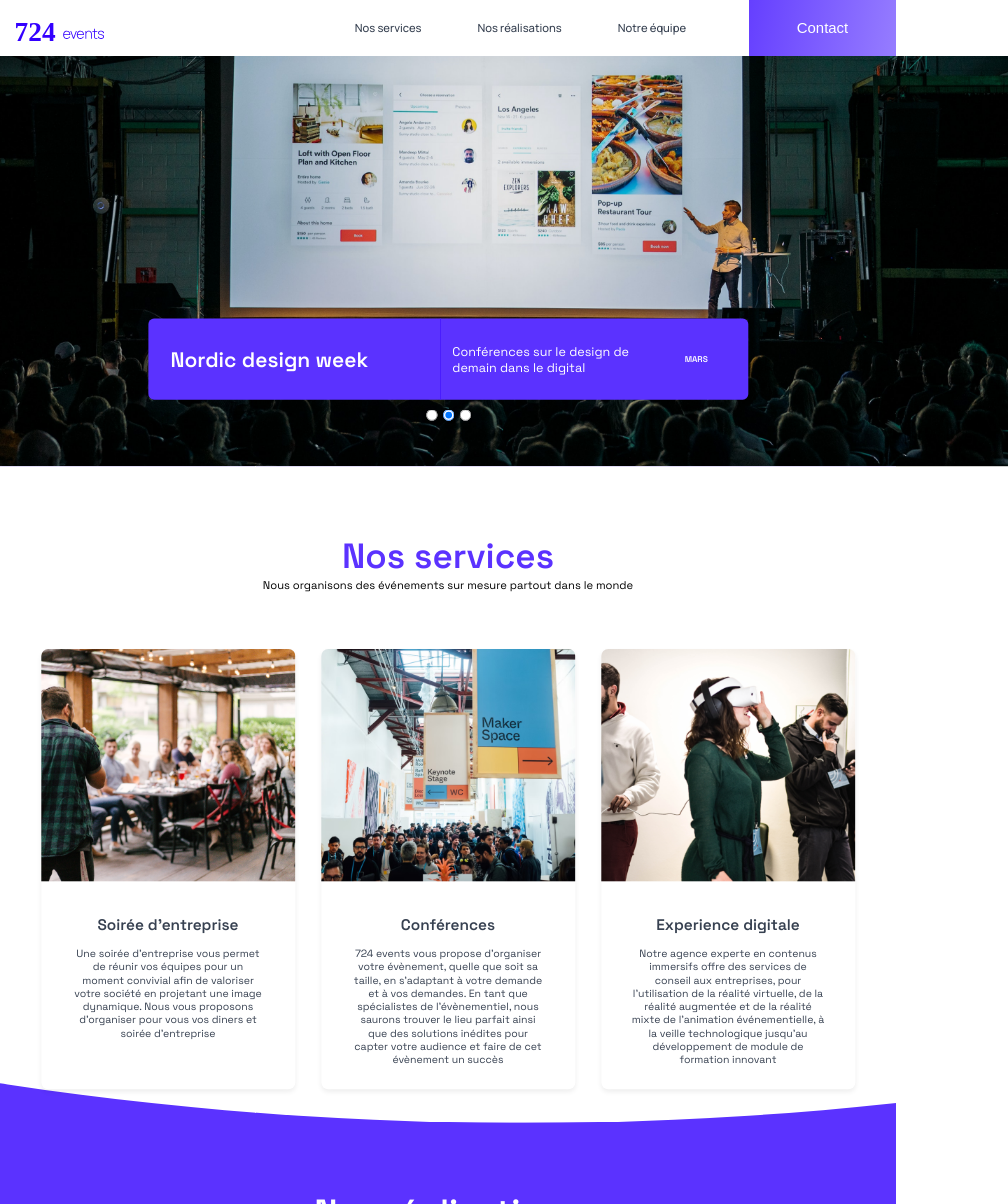
Repository: Dimple3377/Debuggez-une-application-React.JS-main
Page: /
An editor plug-in stored every save of this project. The page is shown before and after the next save, followed by the edit.
The browser window is 1280 px wide. The page is 1440 px wide, so the pictures cover 1440 px, including what lies to the right of the window. The pictures show the part of the page from y = 0 to 1720 px (the page is 6460 px tall), at 70% of full size.
The project was rebuilt for these pictures with package versions that can differ from the ones it lists, and the page was loaded fresh each time. Also part of the build but not shown: src/containers/Modal/style.scss, src/containers/ModalEvent/style.scss, src/containers/ModalEvent/index.js.

Above is the page before, as saved 2024-06-22 01:14:35.

### src/App.scss
@import url("https://fonts.googleapis.com/css2?family=Space+Grotesk:wght@300;400;600&display=swap");
@import url("https://fonts.googleapis.com/css2?family=Manrope:wght@200;400;500;700&family=Montserrat:wght@100;600;700&display=swap");

body {
  font-family: "Space Grotesk", sans-serif;
}
.App {
  text-align: center;
}

.App-logo {
  height: 40vmin;
  pointer-events: none;
}

@media (prefers-reduced-motion: no-preference) {
  .App-logo {
    animation: App-logo-spin infinite 20s linear;
  }
}

.App-header {
  background-color: #fff;
  min-height: 100vh;
  display: flex;
  flex-direction: column;
  align-items: center;
  justify-content: center;
  font-size: calc(10px + 2vmin);
  color: white;
}

.App-link {
  color: #61dafb;
}

@keyframes App-logo-spin {
  from {
    transform: rotate(0deg);
  }
  to {
    transform: rotate(360deg);
  }
}

.ListContainer {
  width: 90%;
  max-width: 1200px;
  display: flex;
  justify-content: space-around;
  flex-wrap: wrap;
  margin-top: 64px;
  margin-bottom: 64px;
}

### src/contexts/DataContext/index.js
import PropTypes from "prop-types";
import {
  createContext,
  useCallback,
  useContext,
  useEffect,
  useState,
} from "react";

const DataContext = createContext({});

export const api = {
  loadData: async () => {
    const json = await fetch("/events.json");
    return json.json();
  },
};

export const DataProvider = ({ children }) => {
  const [error, setError] = useState(null);
  const [data, setData] = useState(null);
  const getData = useCallback(async () => {
    try {
      setData(await api.loadData());
    } catch (err) {
      setError(err);
    }
  }, []);
  useEffect(() => {
    if (data) return;
    getData();
  });

  return (
    <DataContext.Provider
      // eslint-disable-next-line react/jsx-no-constructed-context-values
      value={{
        data,
        error,
      }}
    >
      {children}
    </DataContext.Provider>
  );
};

DataProvider.propTypes = {
  children: PropTypes.node.isRequired,
}

export const useData = () => useContext(DataContext);

export default DataContext;

### src/components/EventCard/index.js
import PropTypes from "prop-types";
import { getMonth } from "../../helpers/Date";

import "./style.scss";

const EventCard = ({
  imageSrc,
  imageAlt,
  date = new Date(),
  title,
  label,
  small = false,
  ...props
}) => (
  <div
    data-testid="card-testid"
    className={`EventCard${small ? " EventCard--small" : ""}`}
    {...props}
  >
    <div className="EventCard__imageContainer">
      <img data-testid="card-image-testid" src={imageSrc} alt={imageAlt} />
      <div className="EventCard__label">{label}</div>
    </div>
    <div className="EventCard__descriptionContainer">
      <div className="EventCard__title">{title}</div>
      <div className="EventCard__month">{getMonth(date)}</div>
    </div>
  </div>
);

EventCard.propTypes = {
  imageSrc: PropTypes.string.isRequired,
  imageAlt: PropTypes.string,
  date: PropTypes.instanceOf(Date).isRequired,
  title: PropTypes.string.isRequired,
  small: PropTypes.bool,
  label: PropTypes.string.isRequired,
};

EventCard.defaultProps = {
  imageAlt: "image",
  small: false,
  // Valeur par défaut pour `title`
};

export default EventCard;

### src/components/PeopleCard/index.js
import PropTypes from "prop-types";

import "./style.scss";

const PeopleCard = ({ imageSrc, imageAlt, position, name }) => (
    <div className="PeopleCard">
      <div className="PeopleCard__imageContainer">
        <img data-testid="card-image-testid" src={imageSrc} alt={imageAlt} />
      </div>
      <div className="PeopleCard__descriptionContainer">
        <div className="PeopleCard__name">{name}</div>
        <div className="PeopleCard__position">{position}</div>
      </div>
    </div>
  );

PeopleCard.propTypes = {
  imageSrc: PropTypes.string.isRequired,
  imageAlt: PropTypes.string,
  name: PropTypes.string.isRequired,
  position: PropTypes.string.isRequired,
};

PeopleCard.defaultProps = {
  imageAlt: "",
}

export default PeopleCard;

### src/pages/Home/style.scss
@import "src/colors.scss";

main {
  display: flex;
  flex-direction: column;
  align-items: center;
  background-color: $primary;
}

.ServicesContainer {
  display: flex;
  flex-direction: column;
  align-items: center;
  position: relative;
  width: 100%;
  > * {
    z-index: 1;
  }
  .ListContainer {
    width: 100%;
  }
  &::after {
    background-color: white;
    position: absolute;
    content: "";
    display: inline-block;
    width: 100%;
    height: 100%;
    bottom: 32px;
    z-index: 0;
    clip-path: ellipse(171% 100% at 58.47% 0%);
  }
}

.EventsContainer {
  background-color: $primary;
  display: flex;
  flex-direction: column;
  align-items: center;
  width: 100%;
  .Title {
    color: white;
  }
}

.PeoplesContainer {
  display: flex;
  flex-direction: column;
  align-items: center;
  flex-wrap: wrap;
  width: 100%;
  position: relative;
  > * {
    z-index: 1;
  }
  padding-bottom: 120px;
  &::after {
    background-color: white;
    position: absolute;
    content: "";
    display: inline-block;
    width: 100%;
    height: calc(100% - 32px);
    bottom: 32px;
    z-index: 0;
    clip-path: ellipse(171% 100% at 58.47% 0%);
  }
}
.FormContainer {
  display: flex;
  flex-direction: column;
  align-items: center;
  margin-bottom: 32px;
  .Title {
    color: white;
    margin-bottom: 64px;
  }
  span {
    color: white;
  }
  .Button {
    width: 207px;
    margin-top: 32px;
  }
}
.ListContainer {
  width: 90%;
  max-width: 1200px;
  display: flex;
  justify-content: space-around;
  flex-wrap: wrap;
  margin-top: 64px;
  margin-bottom: 64px;
}
.Title {
  font-size: 50px;
  font-family: "Space Grotesk", sans-serif;
  color: $primary;
  margin: 0;
  margin-top: 64px;
}
p {
  margin: 0;
}

.row {
  display: flex;
  justify-content: space-around;
}
.col {
  display: flex;
  flex-direction: column;
  margin: 16px;
}

.Pagination {
  a {
    color: white;
    text-decoration: none;
    display: inline;
    margin: 2px;
  }
  margin-bottom: 50px;
}

.SliderContainer {
  position: relative;
  display: flex;
  justify-content: center;
  top: -32px;
  background-color: white;
  width: 100%;
}

footer {
  padding: 0;
  .col {
    margin: 0;
    padding: 32px;

    &.contact {
      padding-left: 64px;
      div {
        padding-top: 16px;
      }
      address {
        padding-top: 8px;
      }

      svg {
        margin-right: 8px;
      }
    }
  }

  .presta {
    width: 35%;
    border-right: 1px solid rgba(91, 50, 255, 0.2);
  }

  .description {
    width: 45%;
    border-left: 1px solid rgba(91, 50, 255, 0.2);
    padding: 0px 64px 0px 64px;
  }

  address {
    text-decoration: none;
    text-transform: none;
    font-style: normal;
  }
}

.ModalMessage--success {
  font-family: "Manrope", sans-serif;
  padding: 32px;
  width: 600px;
  display: flex;
  justify-content: center;
  flex-direction: column;
  align-items: center;
  div {
    text-align: center;
    margin-bottom: 16px;
    font-weight: 600;
    color: $primary;
  }
  p {
    max-width: 360px;
  }
  box-shadow: 0px 4px 4px rgba(0, 0, 0, 0.05);
}

### src/containers/Slider/index.js
import { useEffect, useState } from "react";
import { useData } from "../../contexts/DataContext";
import { getMonth } from "../../helpers/Date";

import "./style.scss";

const Slider = () => {
  const { data } = useData();
  const [index, setIndex] = useState(0);
  const byDateDesc = [...(data?.focus || [])].sort((evtA, evtB) =>
    // ordre décroissant
    new Date(evtA.date) > new Date(evtB.date) ? -1 : 1
  );
  const nextCard = () => {
    setTimeout(
      () => setIndex(index + 1 < byDateDesc.length ? index + 1 : 0),
      5000
    );
  };
  useEffect(() => {
    nextCard();
  });
  return (
    <div className="SlideCardList">
      {byDateDesc?.map((event, idx) => (
        // Changement de la key
        <div key={event.date}>
          <div
            className={`SlideCard SlideCard--${
              index === idx ? "display" : "hide"
            }`}
          >
            <img src={event.cover} alt={event.title} />
            <div className="SlideCard__descriptionContainer">
              <div className="SlideCard__description">
                <h3>{event.title}</h3>
                <p>{event.description}</p>
                <div>{getMonth(new Date(event.date))}</div>
              </div>
            </div>
          </div>
          <div className="SlideCard__paginationContainer">
            <div className="SlideCard__pagination">
              {byDateDesc.map((_, radioIdx) => (
                <input
                  key={_.date}
                  type="radio"
                  name="radio-button"
                  /*
                    Remplacement de idx par index pour indiquer sur quelle image on se trouve
                  */
                  checked={index === radioIdx}
                  // ajoute readOnly
                  readOnly
                />
              ))}
            </div>
          </div>
        </div>
      ))}
    </div>
  );
};

export default Slider;

### src/containers/Modal/index.js
import PropTypes from "prop-types";
import { useState } from "react";
import Icon from "../../components/Icon";
import "./style.scss";

const Modal = ({ opened, Content, children }) => {
  const [isOpened, setIsOpened] = useState(opened);
  return (
    <>
      {children({ isOpened, setIsOpened })}
      {isOpened && (
        <div className="modal">
          <div className="content">
            {Content}
            <button
              type="button"
              data-testid="close-modal"
              onClick={() => setIsOpened(false)}
            >
              <Icon name="close" />
            </button>
          </div>
        </div>
      )}
    </>
  );
};

Modal.defaultProps = {
  opened: false,
}

Modal.propTypes = {
  opened: PropTypes.bool,
  Content: PropTypes.node.isRequired,
  children: PropTypes.func.isRequired,
}

export default Modal;

### src/helpers/Date/index.js
export const MONTHS = {
  /* décale les indices pour qu'ils correspondent à la valeur retournée par date.getMonth(). */
  0: "janvier",
  1: "février",
  2: "mars",
  3: "avril",
  4: "mai",
  5: "juin",
  6: "juillet",
  7: "août",
  8: "septembre",
  9: "octobre",
  10: "novembre",
  11: "décembre",
};

export const getMonth = (date) => MONTHS[date.getMonth()];

### src/components/EventCard/style.scss
@import "src/colors.scss";

.EventCard {
  position: relative;
  width: 363px;
  height: 336px;
  cursor: pointer;
  &--small {
    width: 274px;
    height: 190px;
    .EventCard__imageContainer {
      height: 126px;
      min-height: auto;
      overflow: hidden;
    }
    .EventCard__descriptionContainer {
      padding: 0;
      padding-top: 12px;
      font-size: 12px;
    }
    .EventCard__month {
      margin-top: 0;
      font-size: 8px;
    }
    .EventCard__label {
      font-size: 8px;
      width: 75px;
      height: 21px;
    }
  }
  background: #ffffff;
  box-shadow: 0px 4px 14px rgba(0, 0, 0, 0.12);
  border-radius: 10px 10px 0 0;
  overflow: hidden;
  margin: 16px;
  align-items: center;
  display: flex;
  flex-direction: column;
  &__label {
    position: absolute;
    right: 0;
    top: 0;
    background-color: $primary;
    font-size: 10px;
    width: 99px;
    height: 28px;
    display: flex;
    align-items: center;
    justify-content: center;
    color: white;
  }
  &__imageContainer {
    min-height: 252px;
    overflow: hidden;
  }
  &__descriptionContainer {
    color: $black;
    font-size: 15px;
    display: flex;
    flex-direction: column;
    align-items: flex-start;
    font-weight: 400;
    padding: 30px;
    width: 80%;
  }
  &__title {
    font-size: 16px;
    text-transform: capitalize;
  }
  &__month {
    text-transform: uppercase;
    font-size: 10px;
    font-weight: bold;
    margin-top: 8px;
  }
}

### src/components/PeopleCard/style.scss
@import "src/colors.scss";

.PeopleCard {
  position: relative;
  width: 288px;
  height: 438px;
  background: #ffffff;
  border-radius: 144px 144px 0 0;
  overflow: hidden;
  margin: 16px;
  align-items: center;
  display: flex;
  flex-direction: column;
  font-family: "Manrope", sans-serif;
  margin-bottom: 32px;
  &__imageContainer {
    min-height: 252px;
    overflow: hidden;
  }
  &__descriptionContainer {
    color: $black;
    font-size: 15px;
    display: flex;
    flex-direction: column;
    align-items: center;
    font-weight: 400;
    width: 80%;
  }
  &__name {
    font-size: 20px;
    font-weight: 500;
    text-transform: capitalize;
  }
  &__position {
    text-transform: capitalize;
    font-size: 20px;
    font-weight: bold;
    color: $primary;
  }
}

### src/containers/Slider/style.scss
@import "src/colors.scss";

.SlideCardList {
  position: relative;
  width: 100%;
  max-width: 1440px;
  height: 586px;
  .SlideCard {
    width: 100%;
    left: 0;
    top: 0;
    position: absolute;
    transition: opacity 1s;
    &--hide {
      opacity: 0;
    }
    &--display {
      animation: slide 1s forwards;
    }
    &__descriptionContainer {
      position: absolute;
      left: 0;
      bottom: 100px;
      display: flex;
      justify-content: center;
      width: 100%;
    }
    &__paginationContainer {
      position: absolute;
      left: 0;
      bottom: 60px;
      display: flex;
      justify-content: center;
      width: 100%;
      input {
        width: 16px;
        height: 16px;
        min-width: 0;
        color: $primary;
      }
    }
    &__description {
      left: 0;
      bottom: 50px;
      width: 857px;
      background-color: $primary;
      color: white;
      border-radius: 8px;
      display: flex;
      font-family: "Space Grotesk", sans-serif;
      h3 {
        width: 45%;
        border-right: 1px solid #4314ff;
        padding-left: 32px;
        min-height: 116px;
        font-size: 30px;
        display: flex;
        align-items: center;
        margin: 0;
      }
      p {
        width: 35%;
        display: flex;
        align-items: center;
        padding: 16px;
        font-size: 18px;
      }
      div {
        width: 5%;
        display: flex;
        align-items: center;
        padding: 16px;
        font-size: 12px;
        text-transform: uppercase;
        font-weight: bold;
      }
    }
  }
}

@keyframes slide {
  0% {
    transform: translateX(100%);
  }
  100% {
    transform: translateX(0%);
  }
}

### src/components/Select/style.scss
.SelectContainer {
  width: 308px;
  min-height: 86px;
  position: relative;
  margin-left: 8px;
  .label {
    color: white;
    margin-bottom: 4px;
    margin-top: 4px;
  }
  &.large {
    width: 424px;
    .Select {
      width: 442px;
      ul {
        width: 442px;
      }
    }
  }
  margin-bottom: 16px;
}
.Select {
  background-color: white;
  border-radius: 4px;
  box-shadow: 0px 4px 4px rgba(0, 0, 0, 0.05);
  width: 308px;
  min-height: 60px;
  display: flex;
  position: absolute;
  z-index: 1;
  ul {
    position: relative;
    list-style: none;
    width: 300px;
    padding: 0;
    padding-left: 16px;
    li {
      display: flex;
      align-items: center;
      list-style: none;
      min-height: 32px;
      margin: 0;
      text-transform: capitalize;
    }
  }
  input {
    width: 16px;
    height: 16px;
    min-width: 16px;
    margin-right: 16px;
  }
  button {
    border: none;
    background: none;
    height: 32px;
    margin-top: 16px;
    margin-right: 8px;
    &.close {
      transform: rotate(180deg);
    }
  }
  .SelectTitle {
    &--show {
      display: flex;
    }
    &--hide {
      color: white;
    }
  }
}

### src/components/Field/style.scss
@import "src/colors.scss";

.inputField {
  display: flex;
  flex-direction: column;
  color: $black;
  align-items: flex-start;
  margin: 8px;
  span {
    font-size: 12pt;
    margin-bottom: 4px;
  }
}
input {
  height: 60px;
  min-width: 424px;
  font-size: 16px;
  text-transform: capitalize;
  padding-left: 16px;
  border-radius: 4px;
  border: none;
  box-shadow: 0px 4px 4px rgba(0, 0, 0, 0.05);
  color: $black;
  &:focus {
    color: $primary;
  }

  font-family: "Manrope", sans-serif;
}
textarea {
  height: 336px;
  min-width: 424px;
  font-size: 16px;
  padding: 16px;
  border-radius: 4px;
  border: none;
  box-shadow: 0px 4px 4px rgba(0, 0, 0, 0.05);
  color: $black;
  &:focus {
    color: $primary;
  }

  font-family: "Manrope", sans-serif;
}

Loaded but not shown: public/index.html (common file); src/index.js (common file); src/index.css (common file); src/App.js (common file); src/reportWebVitals.js (common file); src/containers/Menu/index.js (common file); src/components/ServiceCard/index.js (common file); src/containers/Menu/style.scss (common file); src/components/ServiceCard/style.scss (common file); src/colors.scss (common file); src/containers/Events/style.css (common file); src/components/Logo/style.scss (common file); src/components/Button/style.scss (common file); public/events.json (common file); src/components/Logo/index.js (152 lines, source omitted); src/pages/Home/index.js (169 lines, source omitted); src/components/Icon/index.js (104 lines, source omitted); src/components/Select/index.js (101 lines, source omitted); src/containers/Events/index.js (77 lines, source omitted); src/containers/Form/index.js (71 lines, source omitted); src/components/Button/index.js (69 lines, source omitted); src/components/Field/index.js (57 lines, source omitted)

After the next save:
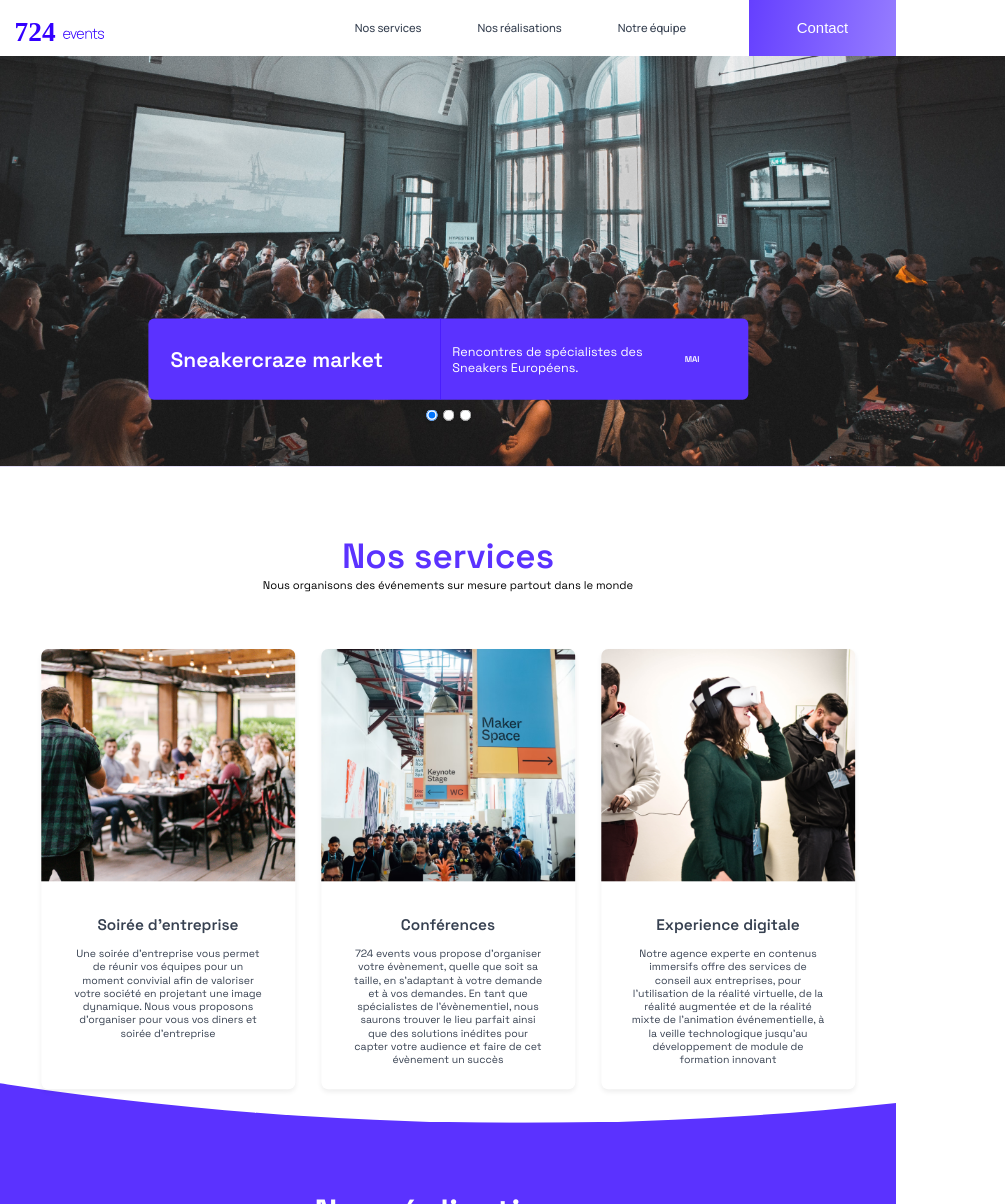
Saved 6 days later.
--- a/src/containers/Slider/index.js
+++ b/src/containers/Slider/index.js
@@ -7,19 +7,41 @@
 const Slider = () => {
   const { data } = useData();
   const [index, setIndex] = useState(0);
+  // état du slider en pause
+  const [isPaused, setIsPaused] = useState(false);
+
   const byDateDesc = [...(data?.focus || [])].sort((evtA, evtB) =>
     // ordre décroissant
     new Date(evtA.date) > new Date(evtB.date) ? -1 : 1
   );
+
   const nextCard = () => {
-    setTimeout(
-      () => setIndex(index + 1 < byDateDesc.length ? index + 1 : 0),
-      5000
-    );
+    if (!isPaused) {
+      setTimeout(
+        () => setIndex(index + 1 < byDateDesc.length ? index + 1 : 0),
+        5000
+      );
+    }
   };
+
   useEffect(() => {
-    nextCard();
-  });
+    const intervalId = setInterval(nextCard, 5000);
+    return () => clearInterval(intervalId);
+  }, [index, isPaused]);
+
+  const handleKeyPress = (event) => {
+    if (event.key === " ") {
+      setIsPaused(!isPaused);
+    }
+  };
+
+  useEffect(() => {
+    document.addEventListener("keydown", handleKeyPress);
+    return () => {
+      document.removeEventListener("keydown", handleKeyPress);
+    };
+  }, [isPaused]);
+
   return (
     <div className="SlideCardList">
       {byDateDesc?.map((event, idx) => (

After the save that followed:
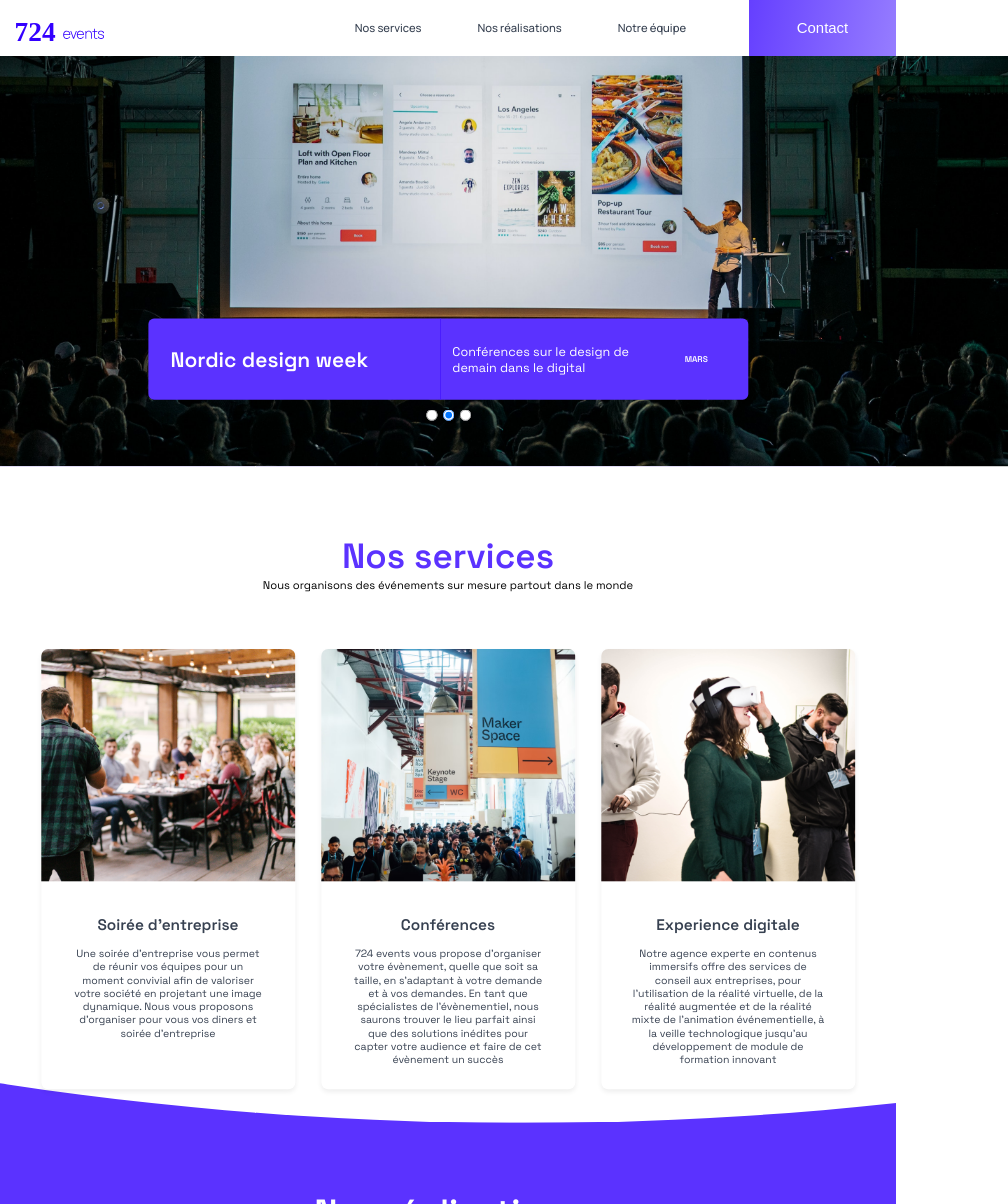
Saved 8 min 44 s later.
--- a/src/containers/Slider/index.js
+++ b/src/containers/Slider/index.js
@@ -7,41 +7,19 @@
 const Slider = () => {
   const { data } = useData();
   const [index, setIndex] = useState(0);
-  // état du slider en pause
-  const [isPaused, setIsPaused] = useState(false);
-
   const byDateDesc = [...(data?.focus || [])].sort((evtA, evtB) =>
     // ordre décroissant
     new Date(evtA.date) > new Date(evtB.date) ? -1 : 1
   );
-
   const nextCard = () => {
-    if (!isPaused) {
-      setTimeout(
-        () => setIndex(index + 1 < byDateDesc.length ? index + 1 : 0),
-        5000
-      );
-    }
+    setTimeout(
+      () => setIndex(index + 1 < byDateDesc.length ? index + 1 : 0),
+      5000
+    );
   };
-
   useEffect(() => {
-    const intervalId = setInterval(nextCard, 5000);
-    return () => clearInterval(intervalId);
-  }, [index, isPaused]);
-
-  const handleKeyPress = (event) => {
-    if (event.key === " ") {
-      setIsPaused(!isPaused);
-    }
-  };
-
-  useEffect(() => {
-    document.addEventListener("keydown", handleKeyPress);
-    return () => {
-      document.removeEventListener("keydown", handleKeyPress);
-    };
-  }, [isPaused]);
-
+    nextCard();
+  });
   return (
     <div className="SlideCardList">
       {byDateDesc?.map((event, idx) => (
